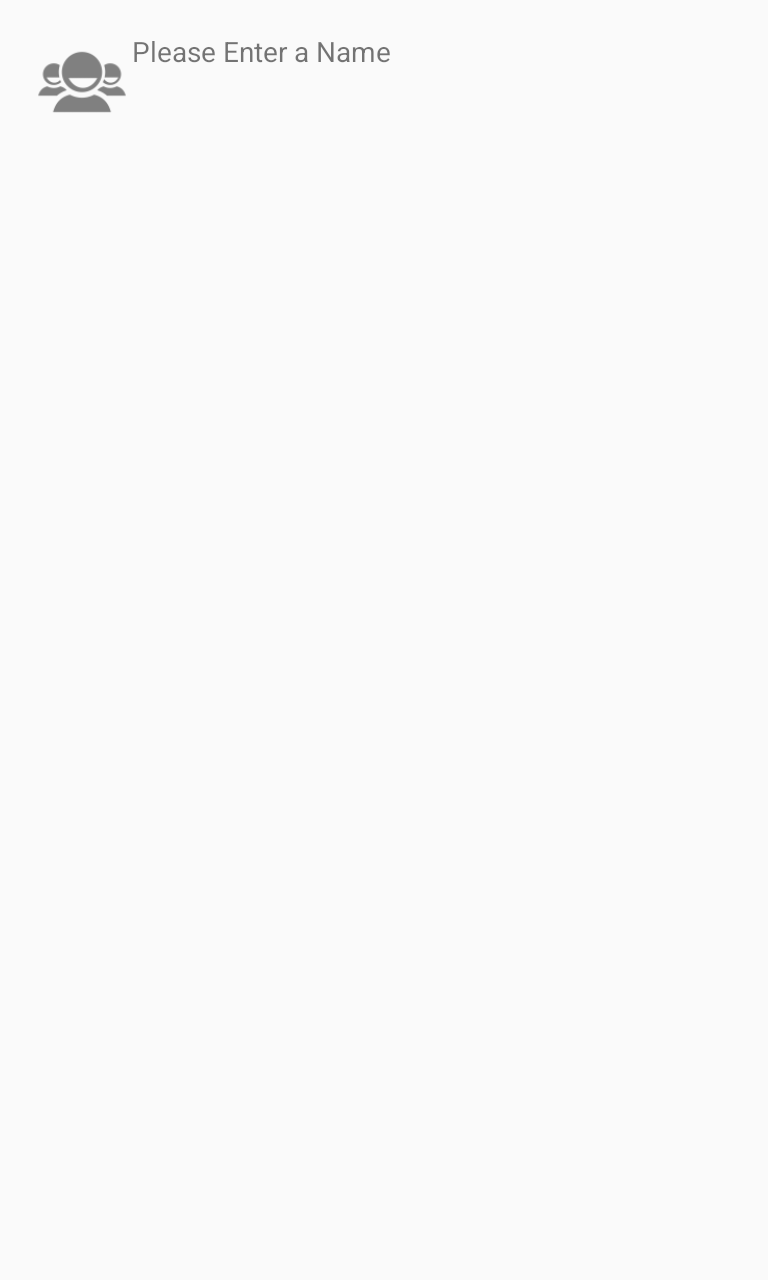
Repository: kming/appdev-tutorials
Layout: IdeaChat/res/layout/fragment_profile.xml
These files come from the project's save history. The layout is drawn as it stood at one moment and after the next save; the edit follows.
It is drawn on a 768 x 1280 px phone screen (xhdpi) without system bars, with theme AppTheme; the app's code is not run.

Above is the layout before, as saved 2014-07-04 22:06:20.

After the next save:
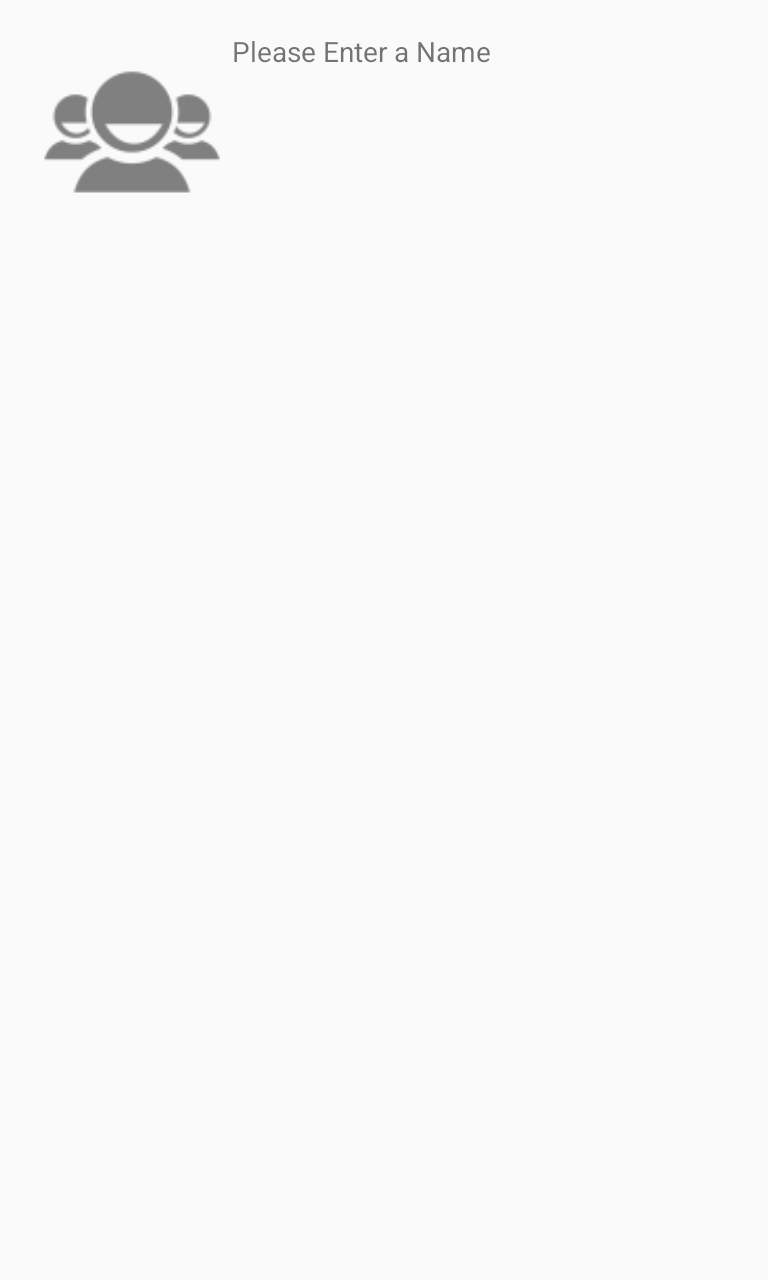
Saved 12 s later.
--- a/IdeaChat/res/layout/fragment_profile.xml
+++ b/IdeaChat/res/layout/fragment_profile.xml
@@ -11,8 +11,8 @@
     <ImageView
         android:id="@+id/profile_img"
         android:src="@drawable/ic_launcher"
-        android:layout_height="50dip"
-        android:layout_width="50dip"
+        android:layout_height="100dip"
+        android:layout_width="100dip"
         android:contentDescription="@string/profile_img_description" />
 
     <TextView
